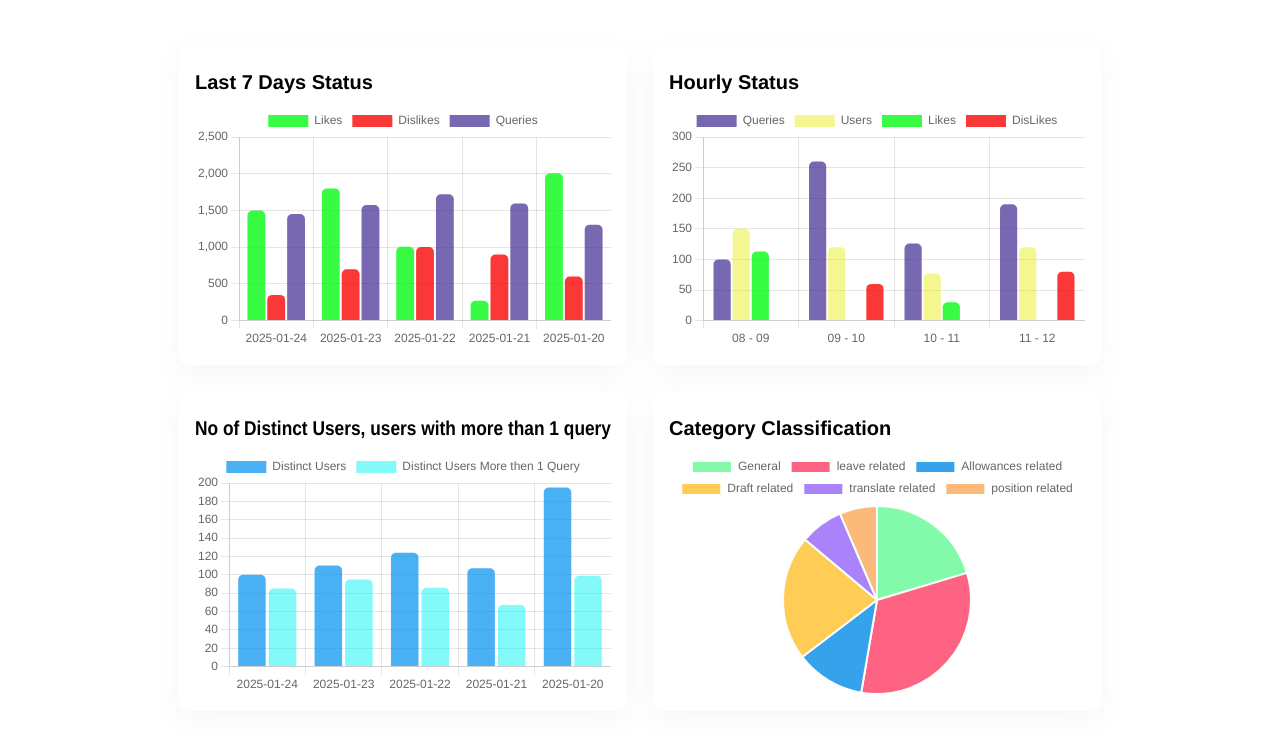
Repository: NAGARAJ-DEVELOPER/Dashboard
Page: /
These files come from the project's save history. The page is drawn as it stood at one moment and after the next save; the edit follows.
The browser window is 1280 px wide. The pictures show the whole page.
The project was rebuilt for these pictures with package versions that can differ from the ones it lists, and the page was loaded fresh each time. Also part of the build but not shown: vite.config.js.

Above is the page before, as saved 2025-02-12 00:54:47.

After the next save:
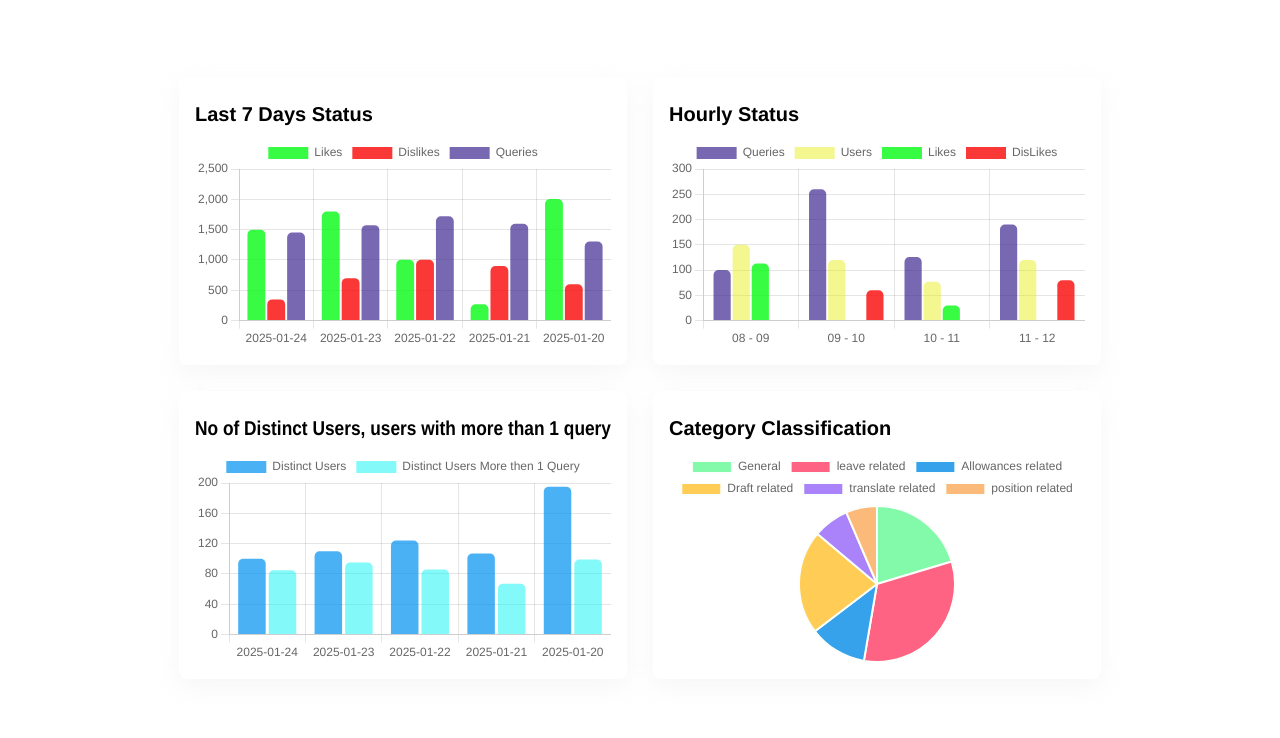
Saved 50 s later.
--- a/src/App.css
+++ b/src/App.css
@@ -42,5 +42,5 @@
 
 .categoryCard {
   width: 35%;
-  height: 20rem;
+  height: 18rem;
 }
